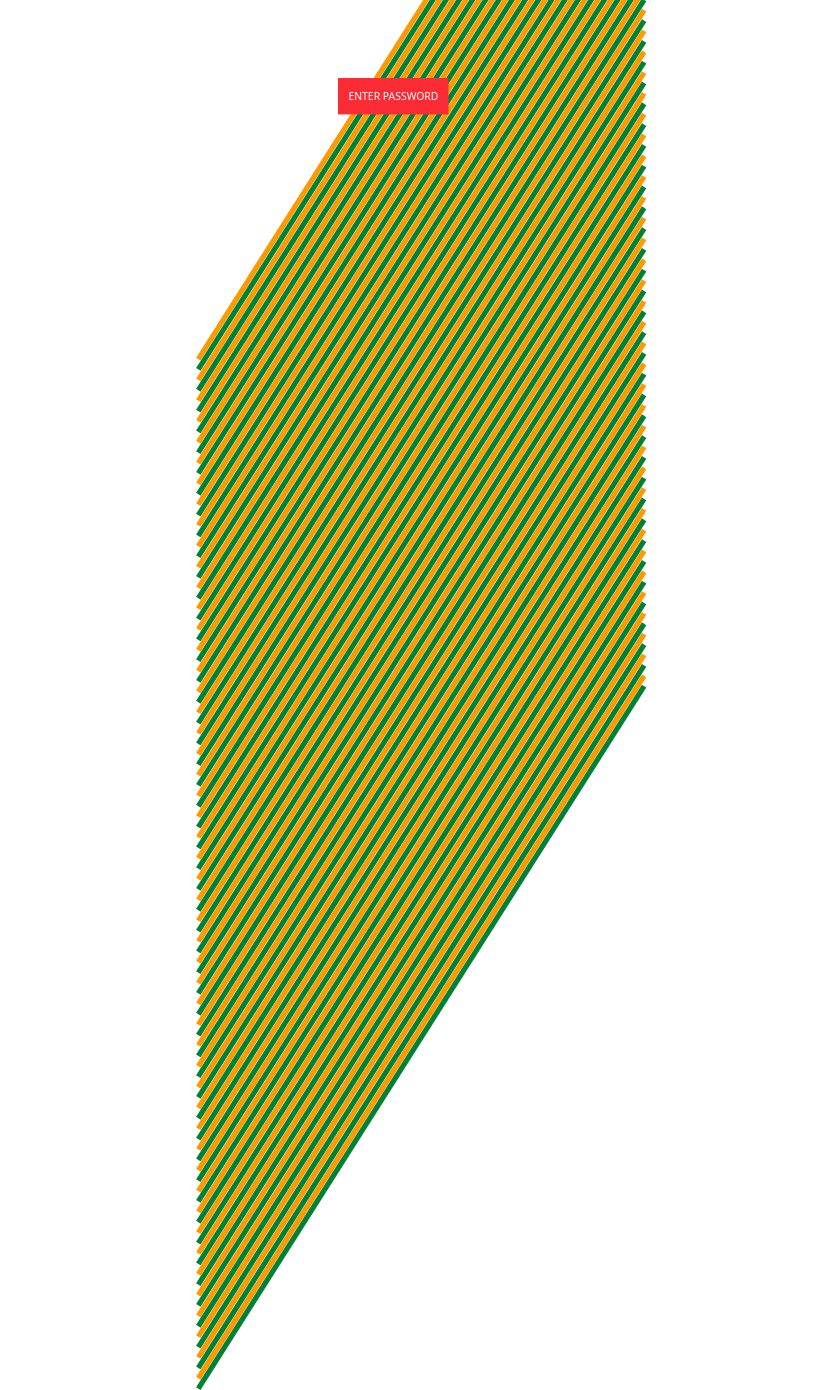
Repository: rahulhr71/AiExam
Page: / (app in teacher/)
The author's editor kept a copy of each file at every save. The page is drawn from the files as they stood at one save, then again after the next save.
The browser window is 1280 px wide. The pictures show the whole page, at 65% of full size.
The project was rebuilt for these pictures with package versions that can differ from the ones it lists, and the page was loaded fresh each time. Also part of the build but not shown: teacher/vite.config.js.

Above is the page before, as saved 2025-07-31 22:39:20.

After the next save:
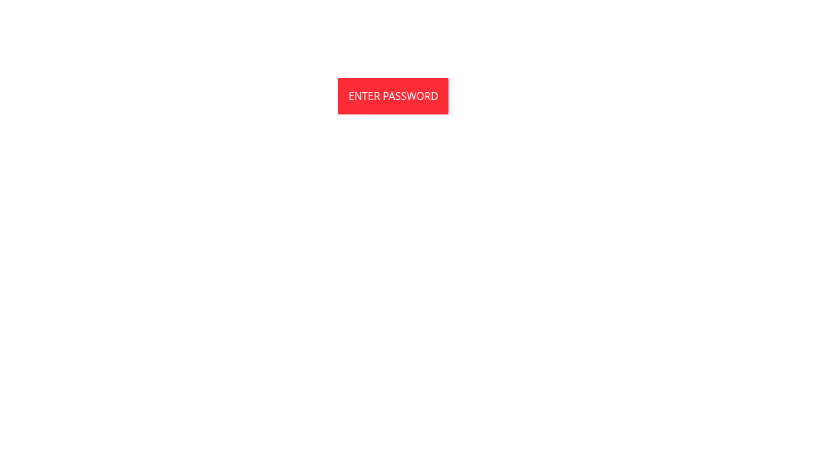
Saved 58 s later.
--- a/teacher/src/App.jsx
+++ b/teacher/src/App.jsx
@@ -9,15 +9,7 @@
 
   return (
     <div  >
-    {
-      counts.map((i,index)=>{
-        return(
-          index%2==0?<div key={i} className='w-full m-2 h-2 animate-spin duration-500  bg-amber-500'></div>:<div key={i} className='w-full h-2 m-2  animate-spin duration-500    bg-green-700'></div>
 
-        )
-
-      })
-    }
     <div className="transition-transform absolute top-30 left-130 z-30  duration-500 hover:scale-150 bg-red-500 text-white p-4">
   ENTER PASSWORD
 </div>
